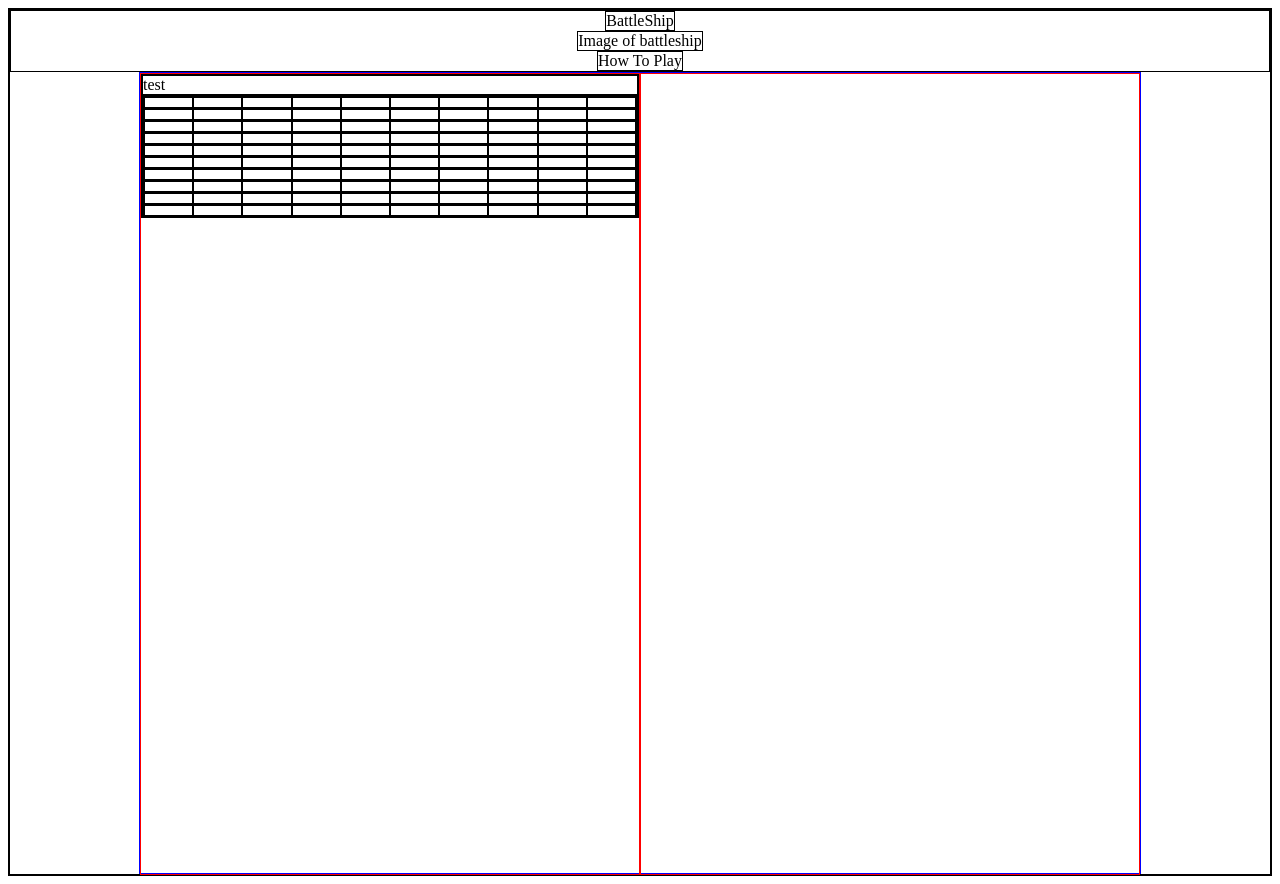
Repository: J-Haze/BattleshipApp
Page: /
The author's editor kept a copy of each file at every save. The page is drawn from the files as they stood at one save, then again after the next save.
The browser window is 1280 px wide. The pictures show the whole page.
The project was rebuilt for these pictures with package versions that can differ from the ones it lists, and the page was loaded fresh each time. Also part of the build but not shown: src/index.css.

Above is the page before, as saved 2020-09-16 09:17:09.

### src/App.js
import React from "react";
import "./App.css";
import Game from "./Components/Game";
import Header from "./Components/Header"
// import { ProgressPlugin } from "webpack";

//test

function App() {
  return (
    <div className="App">
      <Header />
      <Game />
    </div>
  );
}

export default App;

### src/App.css
/* test */
:root{
    --black: #1B262C;
}


header {
    border: 1px solid black;

    display: flex;
    flex-direction: column;
    justify-content: center;
    align-items: center;

}

div {
    border: 1px solid black;
}

#how-to:hover{
    cursor: pointer;
}

#game{
    width: 1000px;
    height: 800px;
    display: flex;
    border: 1px solid blue;
    margin-left: auto;
    margin-right: auto;
}

.column{
    width: 50%;
    height: 100%;
    border: 1px solid red;
}

.row{
    display: flex;
    height: 10px;
}

.square{
    height: 100%;
    width: 10%;
}

### src/Components/Game.js
import React, { useState, useEffect } from "react"
import shipFactory from "../factories/ship"
import gameboardFactory from "../factories/gameboard"
import player from "../factories/player"
import Board from "./Board.js"

function Game() {

    //Write logic that modertes the games (turns and GameOver etc.)

    const [playerOne, setPlayerOne] = useState(player("Player"))
    //^^should I use state or a variable?

    console.log("here", playerOne)

    // const playerOne = player("Player");
    // const computer = player("Computer");



    // let squares = playerOne.gameboard.board;
    // console.log("squares:", squares)


    // console.log(playerOne.squaresToGuess)



    //    playerOne.gameboard.placeShip(carrier, 5, 23, "horizontal")


    // gameboard.placeShip(battleship, 4, 11, "vertical");
    // gameboard.placeShip(cruiser, 3, 82, "horizontal");

    // gameboard.placeShip(destroyer, 2, 6, "horizontal");
    // gameboard.placeShip(submarine, 1, 19, "horizontal");

    // //random attacks
    // gameboard.receiveAttack(2, 4);
    // gameboard.receiveAttack(1, 2);
    // gameboard.receiveAttack(2, 1);

    // //Sinks destroyer
    // gameboard.receiveAttack(0, 6);
    // gameboard.receiveAttack(0, 7);
    // // gameboard_1.receiveAttack(0, 7);



    // computer.gameboard.receiveAttack(playerOne.sendAttack(2))
    // playerOne.gameboard.receiveAttack(computer.sendAttack(2))

    // playerOne.sendAttack()
    // playerOne.sendAttack()


    // const computer = player("Computer")







    //Return "Board" and other components, with state being passed into it (turn, coordinates, etc.)


    // const destroyer = shipFactory(2)
    // const cruiser = shipFactory(3)
    // const battleship = shipFactory(4)
    // const carrier = shipFactory(5)

    // //Start testing
    // console.log(destroyer.name)
    // console.log(destroyer.shipLength)
    // console.log(destroyer.ship)
    // console.log(destroyer.hit(1))

    // function sinkBattleship() {
    //     battleship.hit(0);
    //     battleship.hit(1);
    //     battleship.hit(2);
    //     battleship.hit(3);
    //     battleship.hit(4);
    //     console.log("Battleship Sunk?", (battleship.isSunk()))
    // };

    // function sinkCruiser() {
    //     cruiser.hit(1);
    //     console.log("Cruiser Sunk?", (cruiser.isSunk()))
    // };

    // sinkBattleship();
    // sinkCruiser();
    // //End Testing


    return (
        <div id="game">
            <div id="col-one" className="column">
                <Board
                    player={playerOne}
                    />


            </div>
            <div id="col-one" className="column">
                {/* <Board computer={computer} /> */}
            </div>

        </div>
    )
}

export default Game;

### src/Components/Header.js
import React from "react"
import shipFactory from "../factories/ship"
import gameboardFactory from "../factories/gameboard"
import player from "../factories/player"


function Header() {
    return (
        <header>
            <div>BattleShip</div>
            <div> Image of battleship </div>
            <div id="how-to"> How To Play </div>
        </header>
    )
}


export default Header;

### src/factories/ship.js

const shipFactory = (shipLength) => {
    const shipNames = {
        1: 'Submarine',
        2: 'Destroyer',
        3: 'Cruiser',
        4: 'Battleship',
        5: 'Carrier',
    };

    const name = shipNames[shipLength];

    let ship = [];
    for (let i = 0; i < shipLength; i++) {
        ship.push([false, i, name])
    }

    let hit = (hitLocation) => {
        ship[hitLocation] = [true, hitLocation, name];
        console.log("Hit!", ship)
        console.log(`You've hit my ${name}`)
        // console.log("hits length", hit.length)
        // console.log("ship.length", ship.length)
        return ship
    }

    let isSunk = () => {
        let sunkStatus = false
        ship[0][0] == true ? sunkStatus = true : sunkStatus = false
        for (let square in ship) {
            console.log("ship:", ship)
            console.log(ship[square])
            sunkStatus = (ship[square][0] && sunkStatus)
        }
        // let sunkStatus = ship[0].every(Boolean);
        return sunkStatus
    }

    return {
        //id,
        name,
        shipLength,
        ship,
        hit,
        isSunk
    }
}

// const destroyer = shipFactory(2)
// const cruiser = shipFactory(3)
// const battleship = shipFactory(4)
// const carrier = shipFactory(5)

export default shipFactory;

//export default {shipFactory, destroyer, cruiser, battleship, carrier}

//Comment out with not testing
// module.exports = shipFactory;

### src/factories/gameboard.js
import shipFactory from "./ship"

const destroyer = shipFactory(2)
const submarine = shipFactory(3)
const cruiser = shipFactory(3)
const battleship = shipFactory(4)
const carrier = shipFactory(5)

const gameboardFactory = () => {
    let board = [];
    for (let a = 0; a <= 99; a++) {
        board.push(null)
    }
    // let boatsSunk = ["cruiser", "battleship", "carrier"];
    let boatsSunk = [];
    let allSunk = false;
    // let boatsPlaced = [];
    // let allPlaced = false;

    const placeShip = (shipName, shipLength, position, orient) => {
        //Checks for valid move
        let endPoint = 0;
        let closestEdge = 99;

        if (orient == "horizontal") {
            for (let b = position; b < (position + shipLength); b++) {
                if (board[b] != null) {
                    console.log("Illegal placement: ship already on square")
                    return board
                }
            };

            endPoint = ((position + shipLength - 1) / 10);
            closestEdge = ((Math.ceil(position / 10)) - 0.1);
        }

        if (orient == "vertical") {
            for (let c = position; c < (position + shipLength * 10); c += 10) {
                if (board[c] != null) {
                    console.log(`Illegal placement: ship already on square: ${c}`)
                    return board
                }
            };

            endPoint = ((position + ((shipLength - 1) * 10)));
            closestEdge = 99;
        }


        if ((endPoint > closestEdge)) {
            console.log("Illegal placement: over edge of board")
            return board
        }

        //Places the ship
        for (let square in board) {
            if ((position == square && (orient == "horizontal"))) {
                for (let z = position; z < (position + shipLength); z++) {
                    board.splice(z, 1, shipName.ship[z - position])
                }
                // console.log("HERE", shipName.ship)
                // boatsPlaced.push(shipName)
            } else if ((position == square && (orient == "vertical"))) {
                for (let z = position; z < (position + shipLength * 10); z += 10) {
                    // let w = Math.round(z/10)
                    console.log(z)
                    board.splice(z, 1, shipName.ship[(z - position) / 10])
                }
            }
        }
        console.log({ board })
        return board
    }

    const receiveAttack = (attackPosition) => {
        let attackID = board[attackPosition];

        //Change to if (board[attackPosition] != "false")
        if (board[attackPosition] == null) {
            console.log("Attack missed")
            board[attackPosition] = "miss";
            console.log("New Board:", { board })
            return
        }

        if ((attackID[0] == true) || (board[attackPosition] == "miss")) {
            console.log("Already guessed this position")
            return
        }

        if (attackID[0] == false) {
            console.log("Receive Attack hit!")
            let hitLocation = attackID[1];
            let boatHitString = attackID[2];
            let boatHit = "";

            if (boatHitString == "Carrier") {
                boatHit = carrier;
            } else if (boatHitString == "Battleship") {
                boatHit = battleship;
            } else if (boatHitString == "Cruiser") {
                boatHit = cruiser;
            } else if (boatHitString == "Destroyer") {
                boatHit = destroyer;
            } else if (boatHitString == "Submarine") {
                boatHit = submarine;
            }

            console.log({ boatHit })

            boatHit.hit(hitLocation);
            board[attackPosition][0] = true;

            console.log("isSunk?", boatHit.isSunk())

            if (boatHit.isSunk()) {
                console.log(`Player's ${boatHitString} is sunk!`)
                //change all squares in boatHit from "hit" to "sunk"?
                //Or just have a pop up (i think the board game doesn't change to "sunk")
                boatsSunk.push(boatHitString)
                console.log({ boatsSunk })
            }

            if (boatsSunk.length > 4) {
                allSunk = true;
                console.log("ALL BOATS SUNK")
            }

            console.log("everyBoolean:", boatHit.ship[0])
            console.log("New Board:", { board })
            console.log("New Ship:", { boatHit })
        }
        return {
            board
        }

    }

    return {
        board,
        placeShip,
        // allPlaced,
        receiveAttack,
        allSunk
    }
}



export default gameboardFactory;

### src/factories/player.js
import shipFactory from "./ship"
import gameboardFactory from "./gameboard"

const player = (playerName) => {
    // const submarine = shipFactory(1)
    // const destroyer = shipFactory(2)
    // const cruiser = shipFactory(3)
    // const battleship = shipFactory(4)
    // const carrier = shipFactory(5)
    const gameboard = gameboardFactory();
    let attackCoord = 100;
    let index = 100;

    const squaresToGuess = [];

    for (let i = 0; i <= 99; i++) {
        squaresToGuess.push(i);
    }
    // console.log(squaresToGuess)

    //Randomly sends an attack
    const sendAttack = (coord) => {
        // if (playerName == "Computer") {
        // }

        if (playerName == "Player") {
            attackCoord = coord;
            index = squaresToGuess.indexOf(attackCoord);
            squaresToGuess.splice(index, 1);
        } else {
            console.log("s2g", squaresToGuess.length - 1)
            attackCoord = Math.floor(Math.random() * (squaresToGuess.length - 1));
            index = squaresToGuess.indexOf(attackCoord);
            squaresToGuess.splice(index, 1);
        }

        console.log({ attackCoord })
        console.log("squares to guess:", squaresToGuess)
        return attackCoord
    }



    //send attack will take coordinates and "send an attack" to the OPPOSING board
    //Need to make sure it has an array of 0-99 and takes away the guessed numbers from that array.
    //random between 0 and array.length

    return {
        gameboard,
        squaresToGuess,
        sendAttack
    }
}








export default player;

### src/Components/Board.js
import React from "react"
import shipFactory from "../factories/ship"
import gameboardFactory from "../factories/gameboard"
import player from "../factories/player"
import Square from "./Square.js"
import Row from "./Row.js"
// import Player from "./Player.js"

function Board({ player }) {

    let squares = player.gameboard.board;
    let size = 10; let rows = [];
    for (let i = 0; i < squares.length; i += size) {
        rows.push(squares.slice(i, i + size));
    }
    console.log("rows", rows)
    // let rowOne = squares.splice(0, 10);
    //squares should be an array of all the squares

    console.log("rows:", rows)
    console.log("squares:", squares)





    return (
        // <div>{squareItems}</div>

        <div>
            <div> test </div>
            <div className="board">
                {/* {squareItems} */}
                {rows.map((row) => {
                    return (
                        <Row
                            key={row}
                            rowObj={row}
                        // position={[i, j]}
                        // position={square}
                        // key={square.}
                        // key={book.title}
                        // book={book}
                        // handleDelete={handleDelete}
                        // toggleRead={toggleRead}
                        // toggleReading={toggleReading}
                        // toggleNotRead={toggleNotRead}
                        />
                    );
                })
                }
            </div>
        </div>
    )
}

export default Board;

### src/Components/Square.js
import React from "react"
import shipFactory from "../factories/ship"
import gameboardFactory from "../factories/gameboard"
import player from "../factories/player"

function Square(props) {
    const { squareObj, position, } = props;

    console.log("squareObj:", squareObj)

    return (
        <div className="square">
            {squareObj}

        </div>
    )
}

export default Square;

### src/Components/Row.js
import React from "react"
import shipFactory from "../factories/ship"
import gameboardFactory from "../factories/gameboard"
import player from "../factories/player"
import Square from "./Square"

function Row(props) {
    const { rowObj } = props;

    console.log({ rowObj });

    return (
        // <div className="row">
        //     {rowObj}
        // </div>
        <div className="row">
            {rowObj.map((square) => {
                return (
                    <Square
                        key={square}
                        squareObj={square}
                    />
                );
            })
            }
        </div>
    )
};
export default Row;

Loaded but not shown: public/index.html (common file); src/index.js (common file); src/serviceWorker.js (common file)

After the next save:
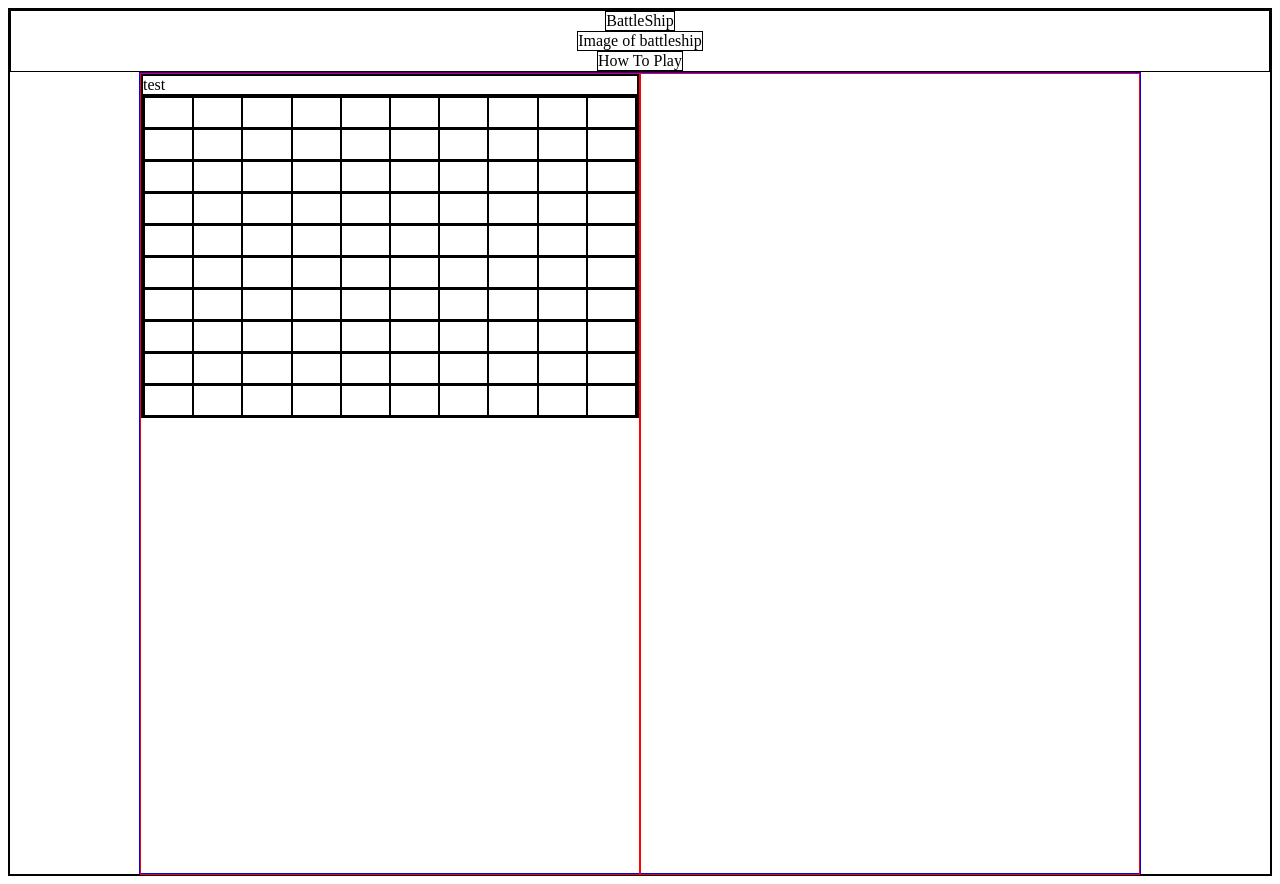
Saved 34 s later.
--- a/src/App.css
+++ b/src/App.css
@@ -39,7 +39,7 @@ div {
 
 .row{
     display: flex;
-    height: 10px;
+    height: 30px;
 }
 
 .square{
